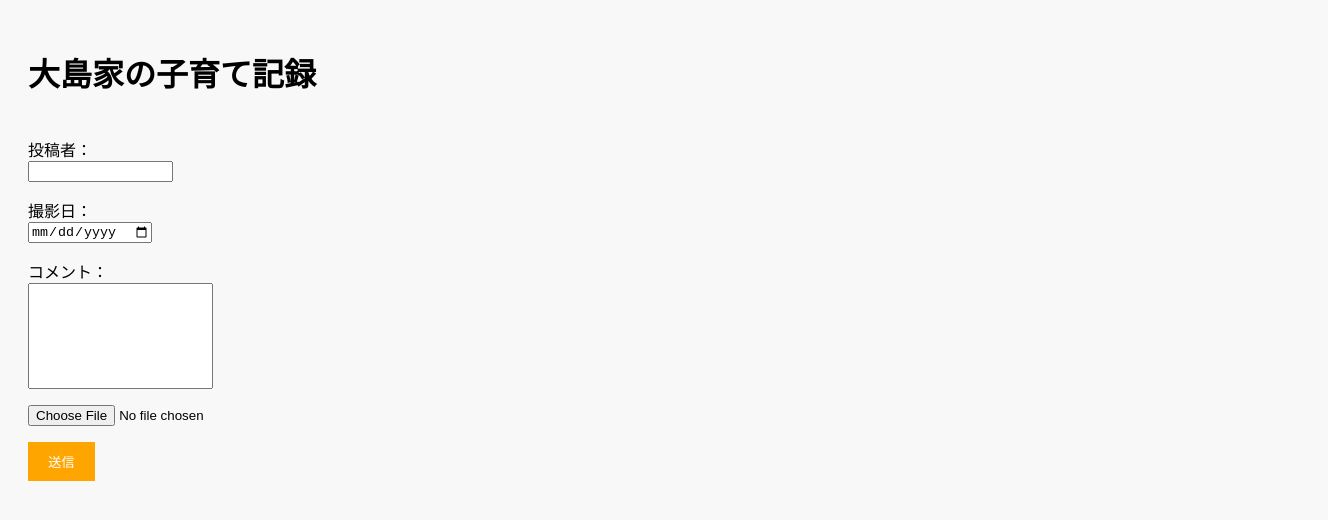
Repository: daidai0602/gs_kadai_questionnaire
Page: http://localhost/post.php
An editor plug-in stored every save of this project. The page is shown before and after a run of saves, followed by the edit.
The browser window is 1280 px wide. The page is 1328 px wide, so the pictures cover 1328 px, including what lies to the right of the window. The pictures show the whole page.
The page is run by PHP 8.4 with error messages shown; the project is at /var/www/html/.

Above is the page before, as saved 2023-11-15 23:10:40.

After the next 6 saves:
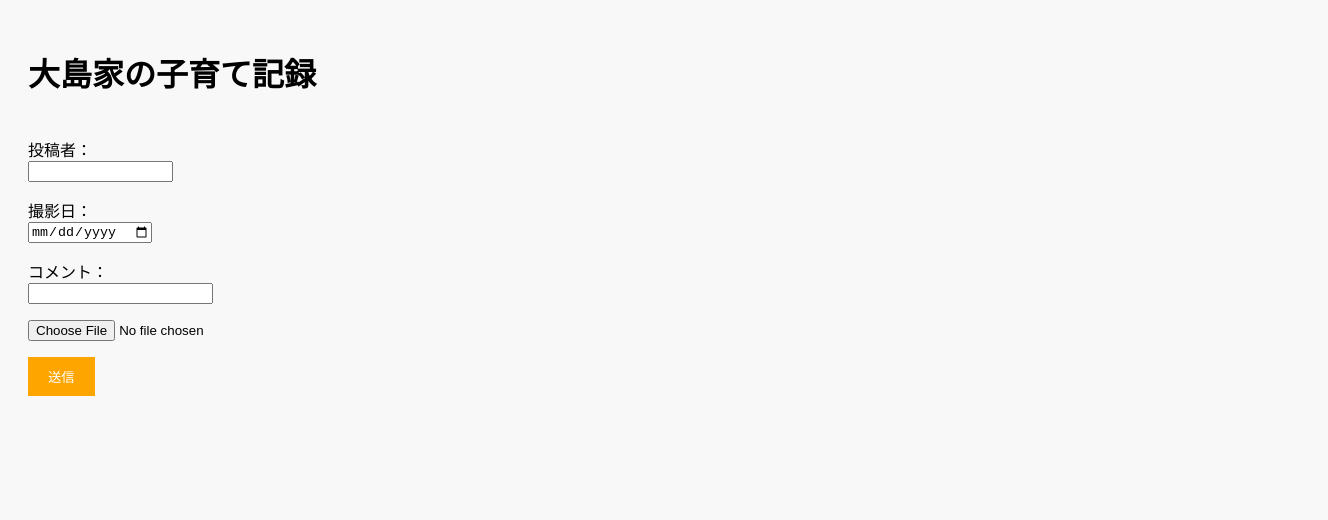
The 6 saves are shown as one change because they came seconds apart.
The last was saved 49 s later.
--- a/post.php
+++ b/post.php
@@ -14,6 +14,7 @@
     h1 {
       padding-bottom: 20px;
     }
+    input[type=text]
     input[type=textarea]{
       height: 100px;
     }
